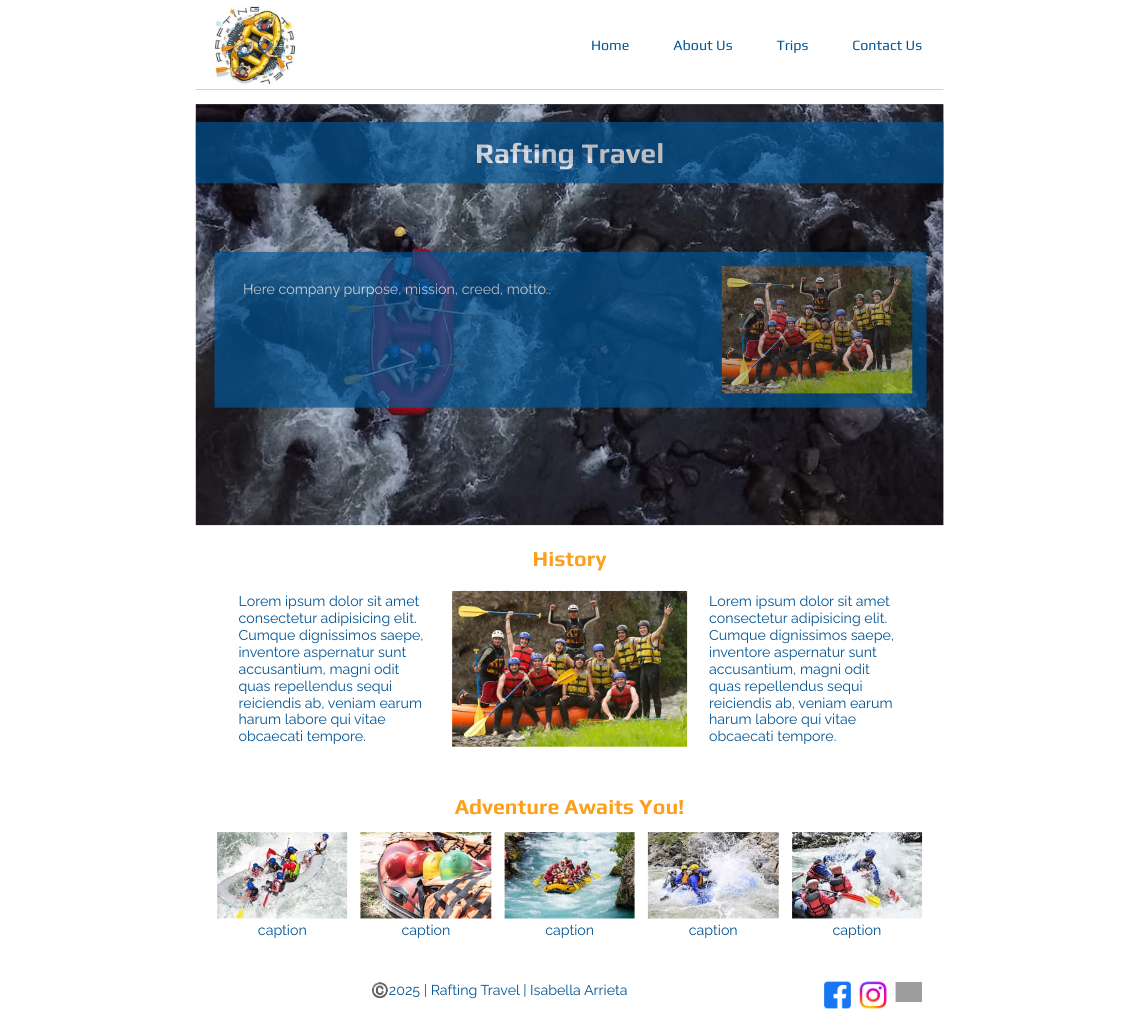
Repository: isaAJ05/wdd130
Page: wwr/about.html
The author's editor kept a copy of each file at every save. The page is drawn from the files as they stood at one save, then again after a run of saves.
The browser window is 1280 px wide. The pictures show the whole page, at 89% of full size.
Pictures or frames that could not be fetched are drawn as grey boxes.

Above is the page before, as saved 2025-06-06 23:33:53.

After the next 4 saves:
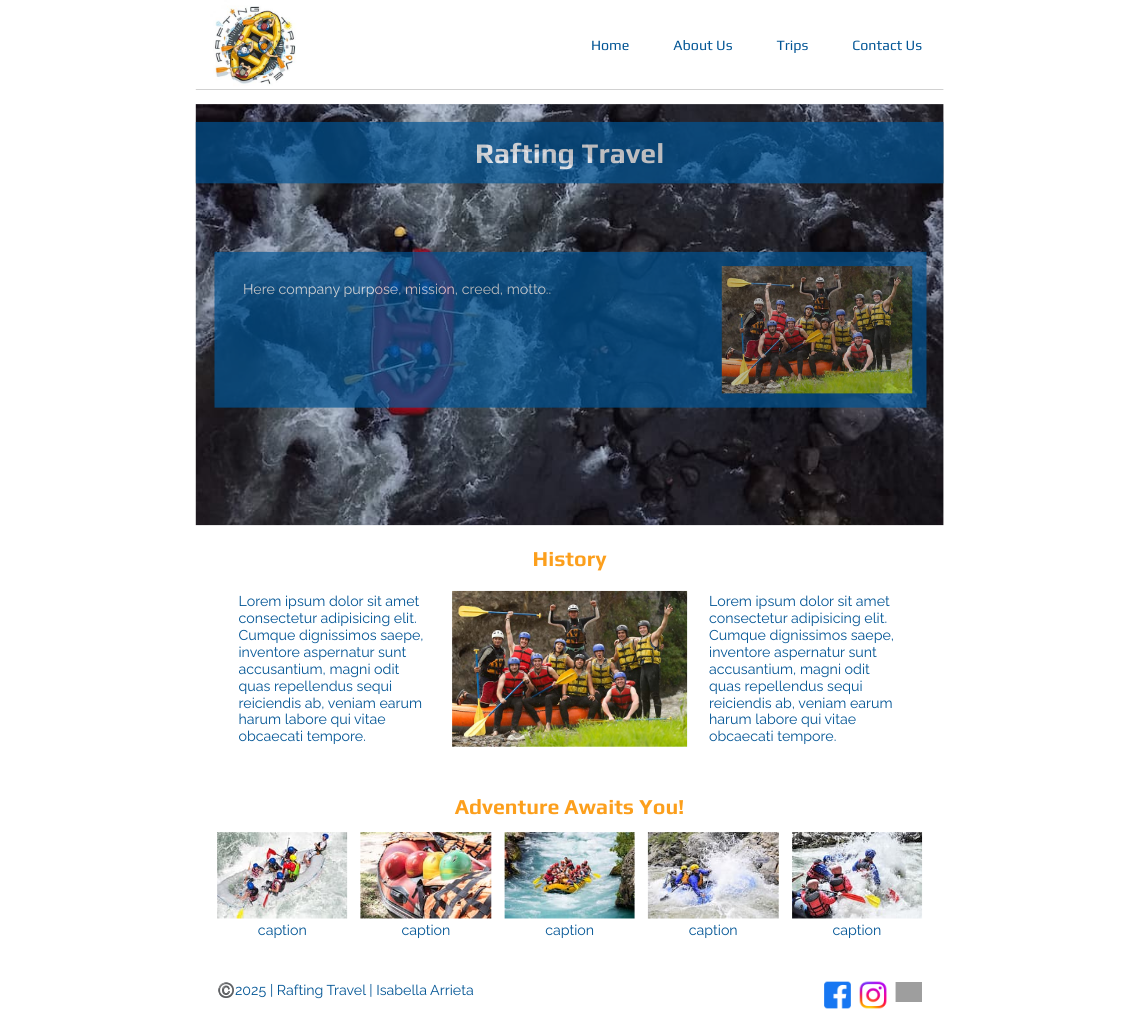
The 4 saves are shown as one change because they came seconds apart.
The last was saved 16 s later.
--- a/wwr/styles/rafting.css
+++ b/wwr/styles/rafting.css
@@ -140,10 +140,9 @@ h1{
 }
 footer {
     display: flex;
-    align-items: right;
 }
 footer p {
-    flex: 1 1 auto;
+    flex: 1 1 1;
     margin: 16px;
     padding: 8px;
     text-align: right;

After the 3 saves that followed:
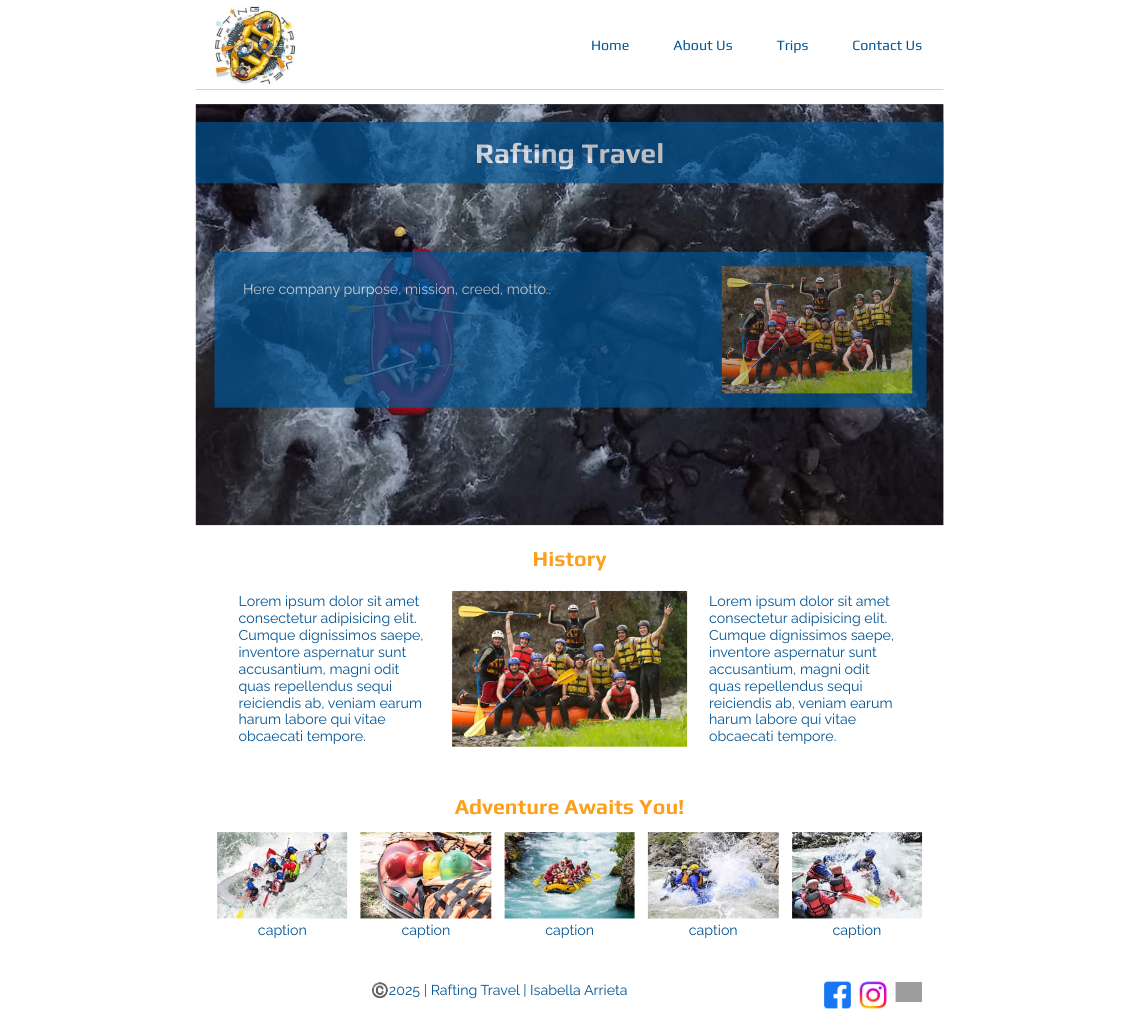
The 3 saves are shown as one change because they came seconds apart.
The last was saved 9 s later.
--- a/wwr/styles/rafting.css
+++ b/wwr/styles/rafting.css
@@ -142,7 +142,7 @@ footer {
     display: flex;
 }
 footer p {
-    flex: 1 1 1;
+    flex: 1  auto;
     margin: 16px;
     padding: 8px;
     text-align: right;
